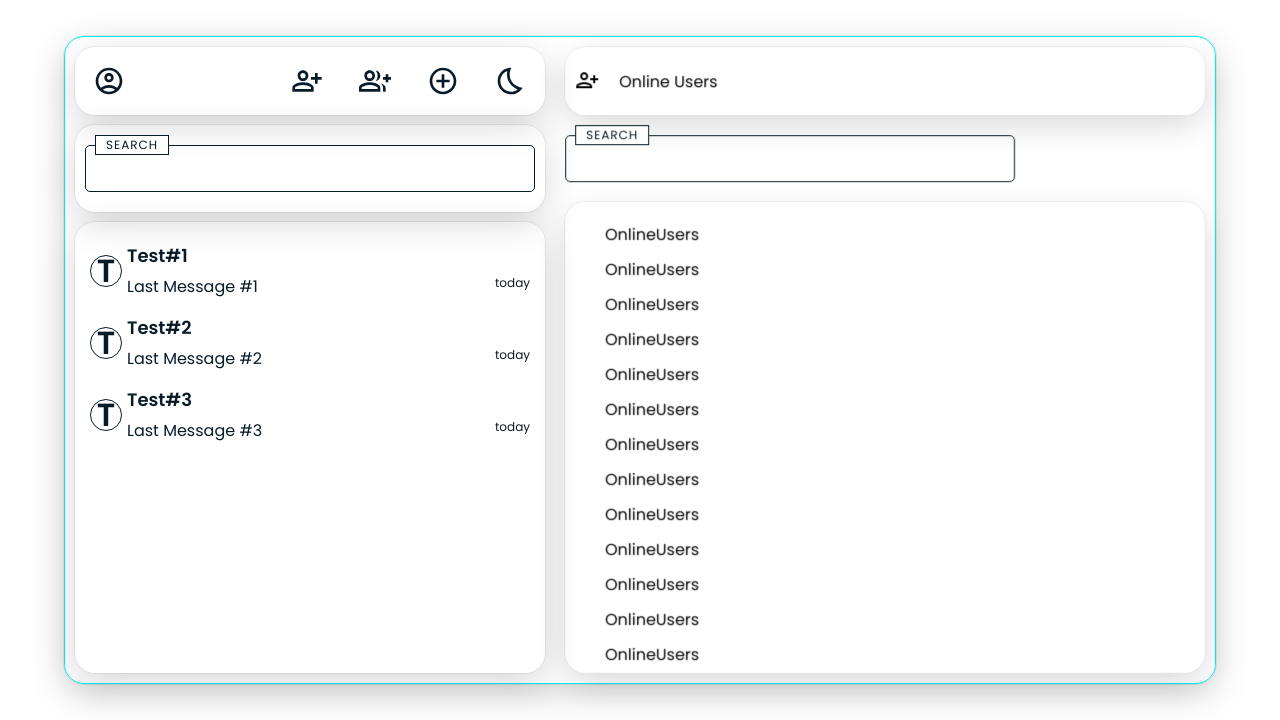
Repository: swastikjhacoder/mern-chat-frontend-only
Page: /users
These files come from the project's save history. The page is drawn as it stood at one moment and after the next save; the edit follows.
The browser window is 1280 px wide. The pictures show the whole page.
An inner scrolling area shows only its first screen. The project was rebuilt for these pictures with package versions that can differ from the ones it lists, and the page was loaded fresh each time. Also part of the build but not shown: src/components/loginSignup/Login.jsx, src/components/chat/MessageOthers.jsx, src/components/chat/MessageSelf.jsx, src/components/chat/ChatContainer.jsx. Imported but missing from the stored project, and not drawn on this page: src/components/loginSignup/SignUp.

Above is the page before, as saved 2023-09-21 22:29:42.

### src/index.js
import React from "react";
import ReactDOM from "react-dom/client";
import "./index.css";
import App from "./App";
import { BrowserRouter } from "react-router-dom";
import { Provider } from "react-redux";
import { store } from "./redux/store";

const root = ReactDOM.createRoot(document.getElementById("root"));
root.render(
  <React.StrictMode>
    <Provider store={store}>
      <BrowserRouter>
        <App />
      </BrowserRouter>
    </Provider>
  </React.StrictMode>
);

### src/index.css
@import url('https://fonts.googleapis.com/css2?family=Poppins:ital,wght@0,100;0,200;0,300;0,400;0,500;0,600;0,700;0,800;0,900;1,400&display=swap');

:root {
  --border-color: #0ef;
  --body-color: #081b29;
  --container-default-color: #fff;
  --self-message-background-color: #63d7b0;
  --other-message-background-color: #e2e4e3;
  --box-shadow: rgba(0, 0, 0, 0.16) 0px 10px 36px 0px, rgba(0, 0, 0, 0.06) 0px 0px 0px 1px;

  --large-font-size: 32px;
  --medium-font-size: 18px;
  --normal-font-size: 16px;
  --small-font-size: 12px;
  --tiny-font-size: 10px;

  --bolder-font-weight: 600;
}

::-webkit-scrollbar {
  width: 6px !important;
  height: 6px !important;
}

::-webkit-scrollbar-track {
  background: hsla(0, 0%, 100%, -1);
}

::-webkit-scrollbar-thumb {
  background: rgba(0, 0, 0, 0.2);
}


* {
  margin: 0;
  padding: 0;
  box-sizing: border-box;
  font-family: 'Poppins', sans-serif;
}

body {
  display: flex;
  flex-direction: column;
  justify-content: center;
  align-items: center;
}

.app-container {
  display: flex;
  width: 100vw;
  height: 100vh;
  flex-direction: column;
  justify-content: center;
  align-items: center;
}

.container {
  display: flex;
  flex-direction: row;
  gap: 10px;
  width: 90vw;
  height: 90vh;
  border-radius: 20px;
  border: 1px solid var(--border-color);
  box-shadow: var(--box-shadow);
}

.left-sidebar-container {
  display: flex;
  flex-direction: column;
  flex: 0.3;
  padding: 10px;
}

.sb-header {
  display: flex;
  flex-direction: row;
  border-radius: 20px;
  justify-content: space-between;
  box-shadow: var(--box-shadow);
}

.sb-header >div {
  width: max-content;
}

.icon {
  font-size: var(--large-font-size) !important;
  margin: 10px;
}

.sb-search {
  display: flex;
  flex-direction: row;
  width: 100%;
  padding: 10px;
  margin-top: 10px;
  border-radius: 20px;
  box-shadow: var(--box-shadow);
}

.input-box {
  position: relative;
  width: 450px;
  margin: 10px 0;
}

.input-box input {
  width: 100%;
  padding: 10px;
  background: transparent;
  border-radius: 5px;
  color: var(--body-color);
  outline: none;
  font-size: var(--title-text-size);
}

.input-box span {
  position: absolute;
  left: 0;
  padding: 0 10px;
  pointer-events: none;
  font-size: var(--small-font-size);
  text-transform: uppercase;
  letter-spacing: 1px;
  transform: translateX(10px) translateY(-10px);
}

.sb-conversations {
  background-color: var(--container-color);
  border-radius: 20px;
  padding: 10px 5px;
  margin-top: 10px;
  flex: 1;
  overflow-y: scroll;
  box-shadow: var(--box-shadow);
}

.conversation-container {
  display: grid;
  grid-template-columns: 32px auto auto;
  grid-template-rows: auto auto;
  column-gap: 10px;
  padding: 5px;
  gap: 5px;
  margin: 5px;
  border-radius: 20px;
  transition-duration: .5s;
}

.con-icon {
  grid-area: 1/1/3/2;
  display: flex;
  justify-content: center;
  align-items: center;
  font-size: var(--large-font-size);
  font-weight: var(--bolder-font-weight);
  height: 32px;
  width: 32px;
  padding: 2px;
  border-radius: 50%;
  justify-self: center;
  align-self: center;
}

.con-title {
  grid-area: 1/2/2/4;
  font-weight: var(--bolder-font-weight);
  font-size: var(--medium-font-size);
}

.con-lastMessage {
  font-size: var(--normal-font-size);
}

.con-timeStamp {
  justify-self: flex-end;
  font-size: var(--small-font-size);
}

.right-sidebar-container {
  flex: .7;
  display: flex;
  flex-direction: column;
  gap: 10px;
  padding: 10px 10px 10px 0;
}

.chat-header {
  display: flex;
  justify-content: space-between;
  column-gap: 10px;
  padding: 10px;
  border-radius: 20px;
  box-shadow: var(--box-shadow);
}

.chat-header-info {
  display: flex;
  flex-direction: row;
  justify-content: center;
  align-items: center;
  gap: 10px;
}

.chat-message {
  flex: 1;
  background-color: var(--container-color);
  border-radius: 20px;
  padding: 20px 40px;
  overflow-y: scroll;
  box-shadow: var(--box-shadow);
}

.chat-input {
  display: flex;
  flex-direction: row;
  justify-content: space-between;
  align-items: center;
  border-radius: 20px;
  padding: 10px;
  box-shadow: var(--box-shadow)
}

.self-message-container {
  display: flex;
  justify-content: flex-end;
}

.self-message {
  display: flex;
  flex-direction: column;
  background-color: var(--self-message-background-color);
  width: max-content;
  padding: 10px 10px;
  margin: 5px;
  border-radius: 20px;
}
.self-title {
  font-weight: var(--bolder-font-weight);
  font-size: var(--medium-font-size);
}

.self-message {
  font-size: var(--normal-font-size);
}

.self-timestamp {
  margin-left: auto;
  font-size: var(--small-font-size);
}

.other-message-container {
  display: flex;
  justify-content: flex-start;
  flex-direction: row;
  gap: 5px;
  width: max-content;
  padding: 10px 10px;
  margin: 5px;
  border-radius: 20px;
}

.other-icon {
  display: flex;
  justify-content: center;
  align-items: center;
  font-size: var(--large-font-size);
  font-weight: var(--bolder-font-weight);
  height: 32px;
  width: 32px;
  padding: 2px;
  border-radius: 50%;
  justify-self: center;
  align-self: center;
}

.other-text-content {
  display: flex;
  flex-direction: column;
  background-color: var(--other-message-background-color);
  padding: 10px 10px;
  border-radius: 20px;
}

.other-title {
  font-weight: var(--bolder-font-weight);
  font-size: var(--medium-font-size);
}

.other-message {
  font-size: var(--normal-font-size);
}

.other-timestamp {
  margin-left: auto;
  font-size: var(--small-font-size);
}

.online-users-header {
  border-radius: 20px;
  display: flex;
  gap: 10px;
  box-shadow: var(--box-shadow);
  align-items: center;
}

.online-users-list {
  display: flex;
  flex-direction: column;
  flex: 1;
  gap: 10px;
  padding: 10px;
  border-radius: 20px;
  padding: 20px 40px;
  overflow-y: scroll;
  box-shadow: var(--box-shadow);
  cursor: pointer;
  transition-duration: .5s;
}

### src/App.js
// import { Button } from "@mui/material";
// import React from "react";
// import { useSelector, useDispatch } from "react-redux";
// import { toggleDarkMode, addUser, removeUser } from './redux/liveChatSlice';

// function App() {
//   const dispatch = useDispatch();
//   const mode = useSelector((state) => state.liveChat.mode);
//   const userInfo = useSelector((state) => state.liveChat.userInfo);
//   const background = useSelector( ( state ) => state.liveChat.background );
//   console.log(mode);
//   console.log(userInfo);
//   console.log(background);
//   return (
//     <>
//       <Button onClick={() => dispatch(toggleDarkMode())}>Click Me</Button>
//     </>
//   );
// }

// export default App;

import React from "react";
import { useSelector } from "react-redux";
import "./index.css";
import { Routes, Route } from "react-router-dom";
import MainContainer from "./components/MainContainer";
import Login from "./components/loginSignup/Login";
import SignUp from "./components/loginSignup/SignUp";
import ChatContainer from "./components/chat/ChatContainer";
import OnlineUsersGroup from "./components/chat/OnlineUsersGroup";

const App = () => {
  const background = useSelector((state) => state.liveChat.background);
  // console.log(background);
  return (
    <>
      <div style={{ backgroundColor: background }} className="app-container">
        <Routes>
          <Route path="/" element={<MainContainer />}>
            <Route path="login" element={<Login />} />
            <Route path="signup" element={<SignUp />} />
            <Route path="chat" element={<ChatContainer />} />
            <Route path="users" element={<OnlineUsersGroup />} />
          </Route>
        </Routes>
      </div>
    </>
  );
};

export default App;

### src/redux/store.js
import { configureStore } from '@reduxjs/toolkit';
import liveChatReducer from './liveChatSlice';

export const store = configureStore({
  reducer: {
    liveChat: liveChatReducer,
  },
});

### src/components/MainContainer.jsx
import React from "react";
import { Outlet } from "react-router-dom";
import SideBar from "./chat/SideBar";
// import { useSelector } from "react-redux";
// import Login from "./loginSignup/Login";

const MainContainer = () => {
  // const user = useSelector((state) => state.liveChat.userInfo);
  // console.log(user);
  return (
    <>
      <div className="container">
        {/*
        { user ? <SideBar/> : <Login /> }*/
        }
        <SideBar />
        <Outlet />
      </div>
    </>
  );
};

export default MainContainer;

### src/components/chat/OnlineUsersGroup.jsx
import React from "react";
import { IconButton } from "@mui/material";
import PersonAddAlt1OutlinedIcon from "@mui/icons-material/PersonAddAlt1Outlined";
import { AnimatePresence, motion } from "framer-motion";
import { useSelector } from "react-redux";
import OnlineUsers from "./OnlineUsers";

const OnlineUsersGroup = () => {
  const { background, color } = useSelector((state) => state.liveChat);
  return (
    <AnimatePresence>
      <motion.div
        initial={{ opacity: 0, scale: 0 }}
        animate={{ opacity: 1, scale: 1 }}
        exit={{ opacity: 0, scale: 0 }}
        transition={{
          ease: "anticipate",
          duration: "0.3",
        }}
        className="right-sidebar-container"
      >
        <div className="online-users-header">
          <div className="icon">
            <PersonAddAlt1OutlinedIcon />
          </div>
          <p>Online Users</p>
        </div>
        <div className="online-users-search">
          <div className="input-box" style={{ flex: 1 }}>
            <input
              type="search"
              name="search"
              required="required"
              style={{ border: `1px solid ${color}`, color: color }}
            />
            <span
              style={{
                color: color,
                border: `1px solid ${color}`,
                background: background,
              }}
            >
              Search
            </span>
          </div>
        </div>
        <div className="online-users-list">
          <OnlineUsers />
          <OnlineUsers />
          <OnlineUsers />
          <OnlineUsers />
          <OnlineUsers />
          <OnlineUsers />
          <OnlineUsers />
          <OnlineUsers />
          <OnlineUsers />
          <OnlineUsers />
          <OnlineUsers />
          <OnlineUsers />
          <OnlineUsers />
          <OnlineUsers />
        </div>
      </motion.div>
    </AnimatePresence>
  );
};

export default OnlineUsersGroup;

### src/redux/liveChatSlice.js
import { createSlice } from "@reduxjs/toolkit";

const initialState = {
  mode: JSON.parse(localStorage.getItem("darkMode")) || false,
  userInfo: null,
  background: JSON.parse(localStorage.getItem("backgroundColor")) || "#fff",
  color: JSON.parse(localStorage.getItem("color")) || "#081b29",
};

export const liveChatSlice = createSlice({
  name: "liveChat",
  initialState,
  reducers: {
    toggleDarkMode: (state) => {
      state.mode = !state.mode;
      if (!state.mode) {
        state.background = "#fff";
        state.color = "#081b29";
      } else {
        state.background = "#081b29";
        state.color = "#fff";
      }
      localStorage.setItem("darkMode", JSON.stringify(state.mode));
      localStorage.setItem("backgroundColor", JSON.stringify(state.background));
      localStorage.setItem("color", JSON.stringify(state.color));
    },
    addUser: (state, action) => {
      state.userInfo = action.payload;
    },
    removeUser: (state) => {
      state.userInfo = null;
    },
  },
});

export const { toggleDarkMode, addUser, removeUser } =
  liveChatSlice.actions;
export default liveChatSlice.reducer;

### src/components/chat/SideBar.jsx
import React from "react";
import AccountCircleOutlinedIcon from "@mui/icons-material/AccountCircleOutlined";
import PersonAddAltOutlinedIcon from "@mui/icons-material/PersonAddAltOutlined";
import GroupAddOutlinedIcon from "@mui/icons-material/GroupAddOutlined";
import AddCircleOutlineOutlinedIcon from "@mui/icons-material/AddCircleOutlineOutlined";
import BedtimeOutlinedIcon from "@mui/icons-material/BedtimeOutlined";
import LightModeOutlinedIcon from "@mui/icons-material/LightModeOutlined";
import { useSelector, useDispatch } from "react-redux";
import { IconButton } from "@mui/material";
import { toggleDarkMode } from "../../redux/liveChatSlice";
import ConversationList from "./ConversationList";
import {useNavigate } from 'react-router-dom';

const SideBar = () =>
{
  const navigate = useNavigate();
  const dispatch = useDispatch();
  const { mode, background, color } = useSelector((state) => state.liveChat);
  const conversations = [
    {
      name: "Test#1",
      lastMessage: "Last Message #1",
      timeStamp: "today",
    },
    {
      name: "Test#2",
      lastMessage: "Last Message #2",
      timeStamp: "today",
    },
    {
      name: "Test#3",
      lastMessage: "Last Message #3",
      timeStamp: "today",
    },
  ];
  console.log(mode);
  return (
    <>
      <div className="left-sidebar-container">
        <div className="sb-header">
          <div>
            <IconButton>
              <AccountCircleOutlinedIcon
                className="icon"
                style={{ color: color }}
              />
            </IconButton>
          </div>
          <div>
            <IconButton>
              <PersonAddAltOutlinedIcon
                className="icon"
                style={ { color: color } }
                onClick={ () => { navigate( 'users' ); }}
              />
            </IconButton>
            <IconButton>
              <GroupAddOutlinedIcon className="icon" style={{ color: color }} />
            </IconButton>
            <IconButton>
              <AddCircleOutlineOutlinedIcon
                className="icon"
                style={{ color: color }}
              />
            </IconButton>
            <IconButton onClick={() => dispatch(toggleDarkMode())}>
              {mode ? (
                <LightModeOutlinedIcon
                  className="icon"
                  style={{ color: color }}
                />
              ) : (
                <BedtimeOutlinedIcon
                  className="icon"
                  style={{ color: color }}
                />
              )}
            </IconButton>
          </div>
        </div>
        <div className="sb-search">
          <div className="input-box">
            <input
              type="search"
              name="search"
              required="required"
              style={{ border: `1px solid ${color}`, color: color }}
            />
            <span
              style={{
                color: color,
                border: `1px solid ${color}`,
                background: background,
              }}
            >
              Search
            </span>
          </div>
        </div>
        <div className="sb-conversations">
          {conversations.map((conversation, index) => {
            return <ConversationList key={index} props={conversation} />;
          })}
        </div>
      </div>
    </>
  );
};

export default SideBar;

### src/components/chat/OnlineUsers.jsx
import React from 'react'

const OnlineUsers = () => {
  return (
    <div>OnlineUsers</div>
  )
}

export default OnlineUsers

### src/components/chat/ConversationList.jsx
import React from "react";
import { motion } from "framer-motion";
import { useNavigate} from 'react-router-dom';
import { useSelector } from "react-redux";

const ConversationList = ({ props }) => {
  const navigate = useNavigate();
  const { color } = useSelector((state) => state.liveChat);
  return (
    <>
      <motion.div
        whileHover={{ scale: 1.01, cursor: "pointer" }}
        whileTap={{ scale: 0.98 }}
        className="conversation-container"
        onClick={ () => { navigate( 'chat' ); }}
      >
        <p
          className="con-icon"
          style={{
            color: color,
            border: `1px solid ${color}`,
          }}
        >
          {props.name[0]}
        </p>
        <p className="con-title" style={{ color: color }}>
          {props.name}
        </p>
        <p className="con-lastMessage" style={{ color: color }}>
          {props.lastMessage}
        </p>
        <p className="con-timeStamp" style={{ color: color }}>
          {props.timeStamp}
        </p>
      </motion.div>
    </>
  );
};

export default ConversationList;

After the next save:
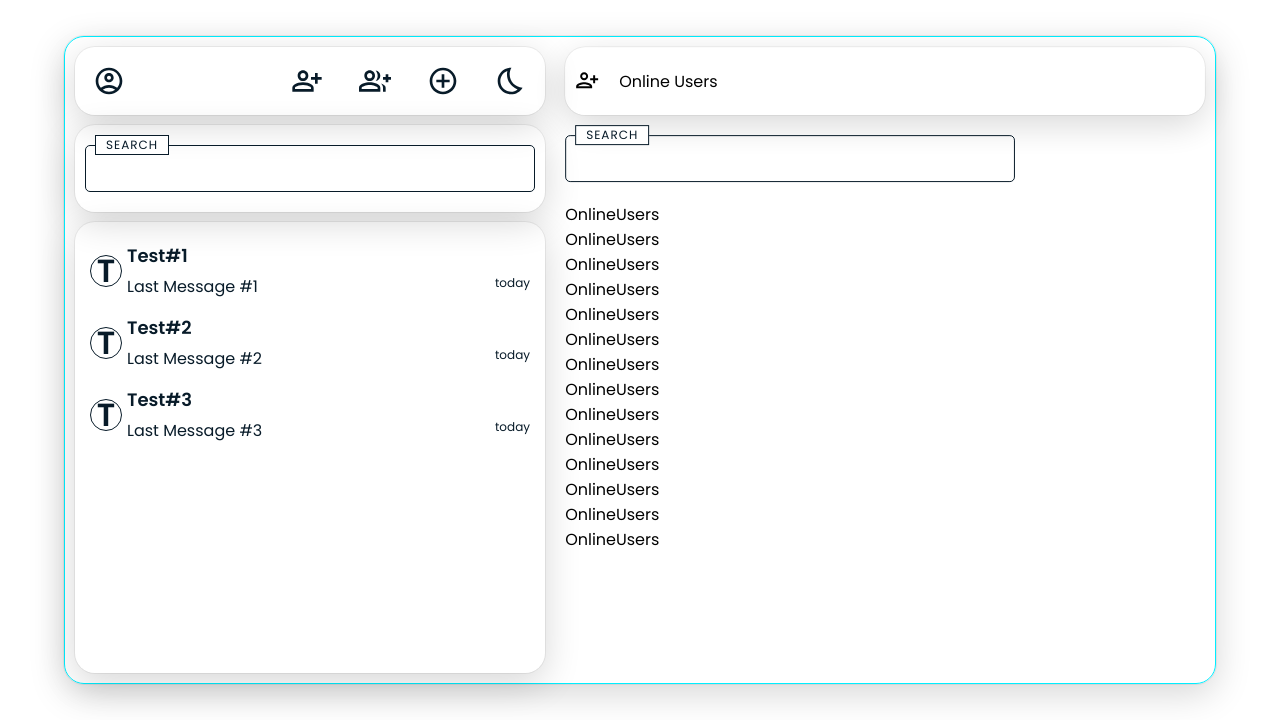
Saved 4 s later.
--- a/src/index.css
+++ b/src/index.css
@@ -305,6 +305,8 @@
   align-items: center;
 }
 
+.on
+
 .online-users-list {
   display: flex;
   flex-direction: column;

After the save that followed:
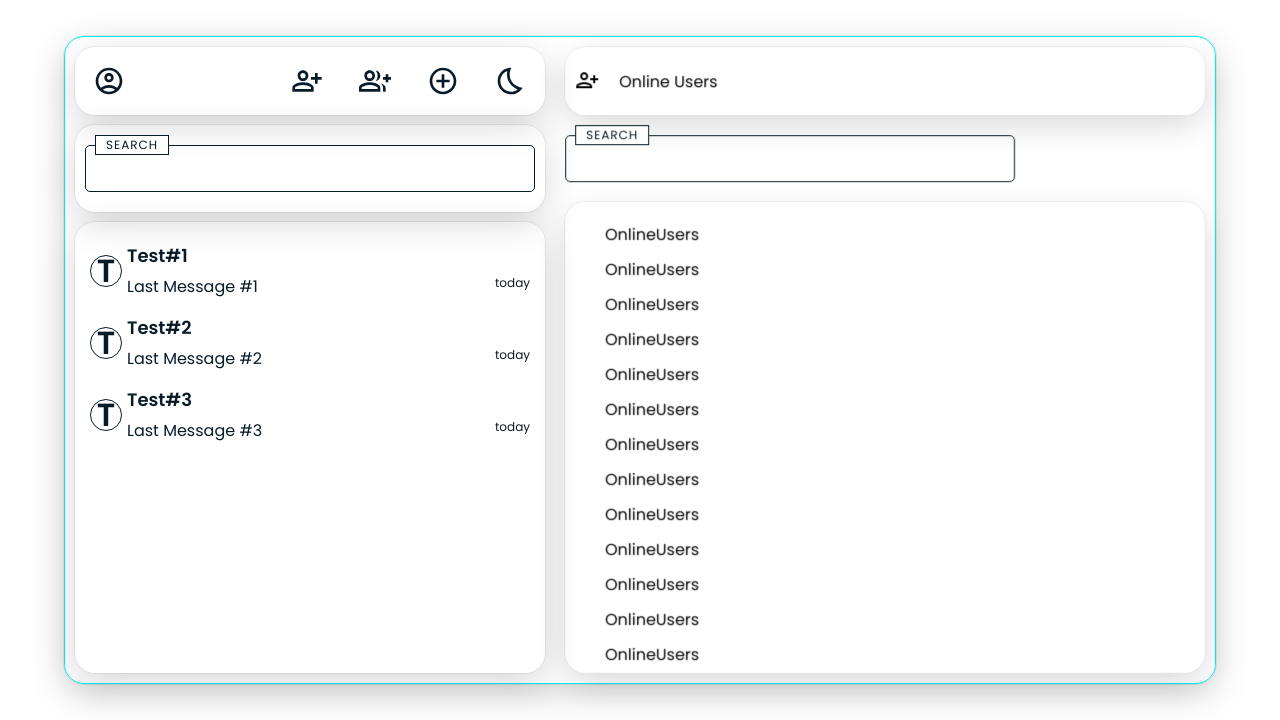
Saved 4 s later.
--- a/src/index.css
+++ b/src/index.css
@@ -305,7 +305,9 @@
   align-items: center;
 }
 
-.on
+.online-users-search {
+
+}
 
 .online-users-list {
   display: flex;
